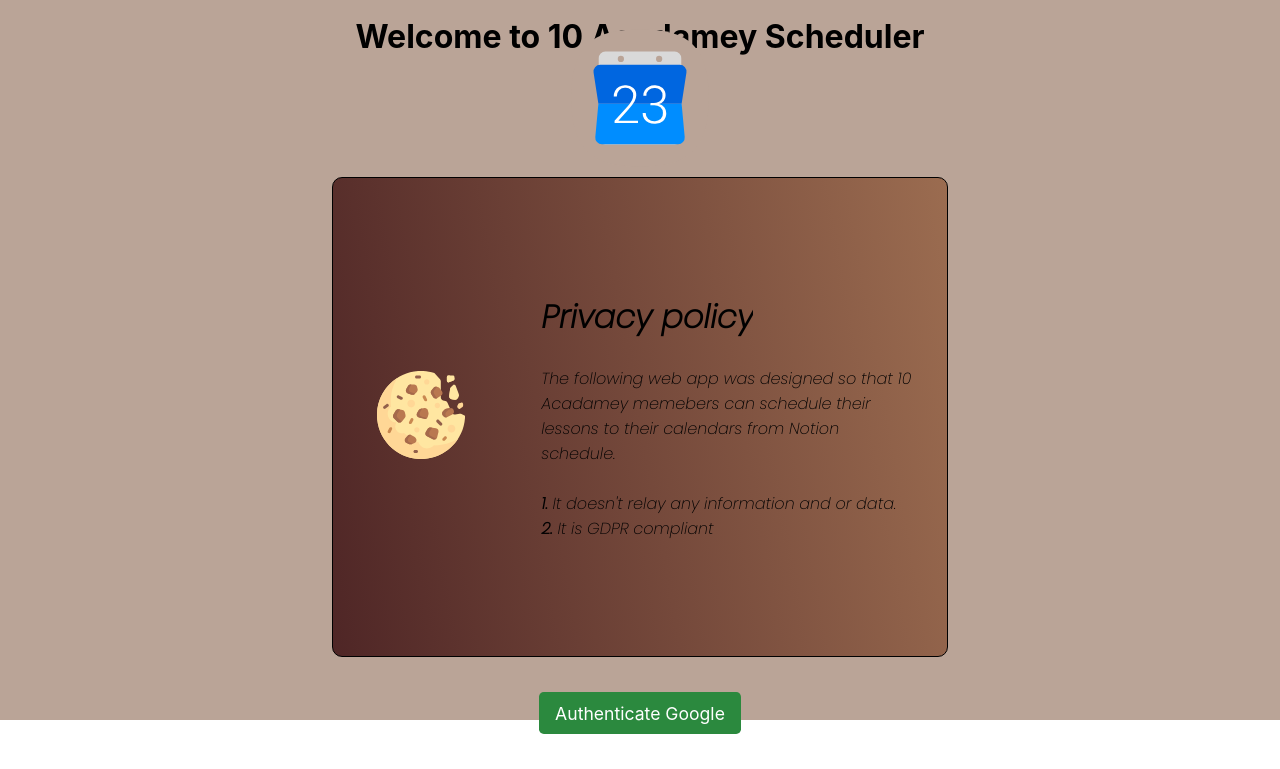
Repository: nebilarega/calendar-extractor
Page: / (app in frontend/)
These files come from the project's save history. The page is drawn as it stood at one moment and after the next save; the edit follows.
The browser window is 1280 px wide. The pictures show the whole page.
The project was rebuilt for these pictures with package versions that can differ from the ones it lists, and the page was loaded fresh each time.

Above is the page before, as saved 2022-08-25 00:36:29.

### frontend/src/App.js
import "./App.css";
import { GoogleOAuthProvider } from "@react-oauth/google";
import { GoogleLogin } from "@react-oauth/google";
import { useState } from "react";
import axios from "axios";

import LandingPage from "./component/LandingPage";

const sampleData = {
  submmary: "Nebil this is a new event",
  description: "A chance to hear more about Google's developer products.",
  location: "800 Howard St., San Francisco, CA 94103",
  start: "August 23, 2022 8:00 AM UTC",
  end: "August 23, 2022 9:00 AM UTC",
  hangoutLink: "meet.google.com/ysb-kjdn-hpp",
};
const App = () => {
  let url;
  const [disabled, setDisabled] = useState(false);
  const responseGoogle = (response) => {
    const code = response;
    axios
      .post("/api/create-tokens", code)
      .then((response) => {
        console.log("response", response.data);
      })
      .catch((error) => {
        console.log(error);
      });
  };
  const responseError = (response) => {
    console.log(response);
  };
  const getUrl = () => {
    axios.get("/api/create-token-v2").then((response) => {
      url = response.data.url;
      if (url) {
        setDisabled(true);
      }
      window.open(url, "_blank");
    });
  };
  const handleClick = () => {
    axios.post("/api/create-events", sampleData).then((response) => {
      console.log("response", response.data);
    });
  };
  return (
    <div className="App" style={{ height: "100vh" }}>
      <LandingPage
        disabled={disabled}
        getUrl={getUrl}
        handleClick={handleClick}
      ></LandingPage>
    </div>
  );
};

export default App;

### frontend/src/App.css
.App {
  text-align: center;
}

.App-logo {
  height: 40vmin;
  pointer-events: none;
}

@media (prefers-reduced-motion: no-preference) {
  .App-logo {
    animation: App-logo-spin infinite 20s linear;
  }
}

.App-header {
  background-color: #282c34;
  min-height: 100vh;
  display: flex;
  flex-direction: column;
  align-items: center;
  justify-content: center;
  font-size: calc(10px + 2vmin);
  color: white;
}

.App-link {
  color: #61dafb;
}

@keyframes App-logo-spin {
  from {
    transform: rotate(0deg);
  }
  to {
    transform: rotate(360deg);
  }
}
.center {
  display: flex;
  justify-content: center;
  align-items: center;
}
.academy {
  width: 100%;
  height: 50vh;
  border-radius: 10px;
  display: flex;
  flex-direction: column;
  justify-content: space-between;
  align-items: center;
  /* margin-left: 10%; */
  /* margin-right: 10%; */
}
.academy-calendar {
  margin-top: 20%;
  font-size: 30px;
}

### frontend/src/css/landing.css
/* Box sizing rules */
@font-face {
  font-family: "Poppins";
  src: url("../fonts/Poppins-ExtraLightItalic.ttf");
}
*,
*::before,
*::after {
  box-sizing: border-box;
}

/* Remove default margin */
body,
h1,
h2,
h3,
h4,
p,
figure,
blockquote,
dl,
dd {
  margin: 0;
  overflow-y: hidden;
}

/* Remove list styles on ul, ol elements with a list role, which suggests default styling will be removed */
ul[role="list"],
ol[role="list"] {
  list-style: none;
}

/* Set core root defaults */
html:focus-within {
  scroll-behavior: smooth;
}

/* A elements that don't have a class get default styles */
a:not([class]) {
  text-decoration-skip-ink: auto;
}

/* Make images easier to work with */
img,
picture {
  max-width: 100%;
  display: block;
}

/* Inherit fonts for inputs and buttons */
input,
button,
textarea,
select {
  font: inherit;
}

/* The remaining page */
.main {
  width: 100%;
  height: 100%;
  background-color: #baa497;
}
.header {
  width: 100%;
  height: 10vh;
  /* background-image: linear-gradient(); */
  background-color: "cyan";
  display: flex;
  justify-content: center;
  align-items: center;
}
.title {
  font-size: 2rem;
  font-weight: bold;
  color: "yellow";
}
.body {
  width: 100%;
  height: 90vh;
  padding: 1.5rem;
  background-color: "gray";
  display: flex;
  flex-direction: column;
  justify-content: center;
  align-items: center;
}
.card {
  width: 50%;
  height: 80%;
  border: 0.5px solid black;
  display: flex;
  border-radius: 10px;
  justify-content: center;
  align-items: center;
  background-image: linear-gradient(260deg, #9b6c50 0%, #4f2626 100%);
}
button {
  margin: 2.2rem;
  height: 2.6rem;
  padding-left: 1rem;
  padding-right: 1rem;
  font-size: 1.1rem;
  border-radius: 0.3rem;
  border: none;
  background-color: #2b893e;
  color: white;
}
button:focus {
  outline: none;
}
button:hover {
  background-color: #3dc959;
  cursor: pointer;
}
/* .cookie__container {
  display: flex;
  justify-content: center;
  align-items: center;
  height: 100%;
} */
.text__container {
  display: flex;
  flex-direction: column;
  justify-content: center;
  align-items: flex-start;
  padding: 2rem;
  font-family: "Poppins", Courier, monospace;
}
.text {
  text-align: left;
}
svg {
  width: 50%;
}

Loaded but not shown: frontend/public/index.html (common file); frontend/src/index.js (common file); frontend/src/index.css (common file); frontend/src/component/LandingPage.js (291 lines, source omitted)

After the next save:
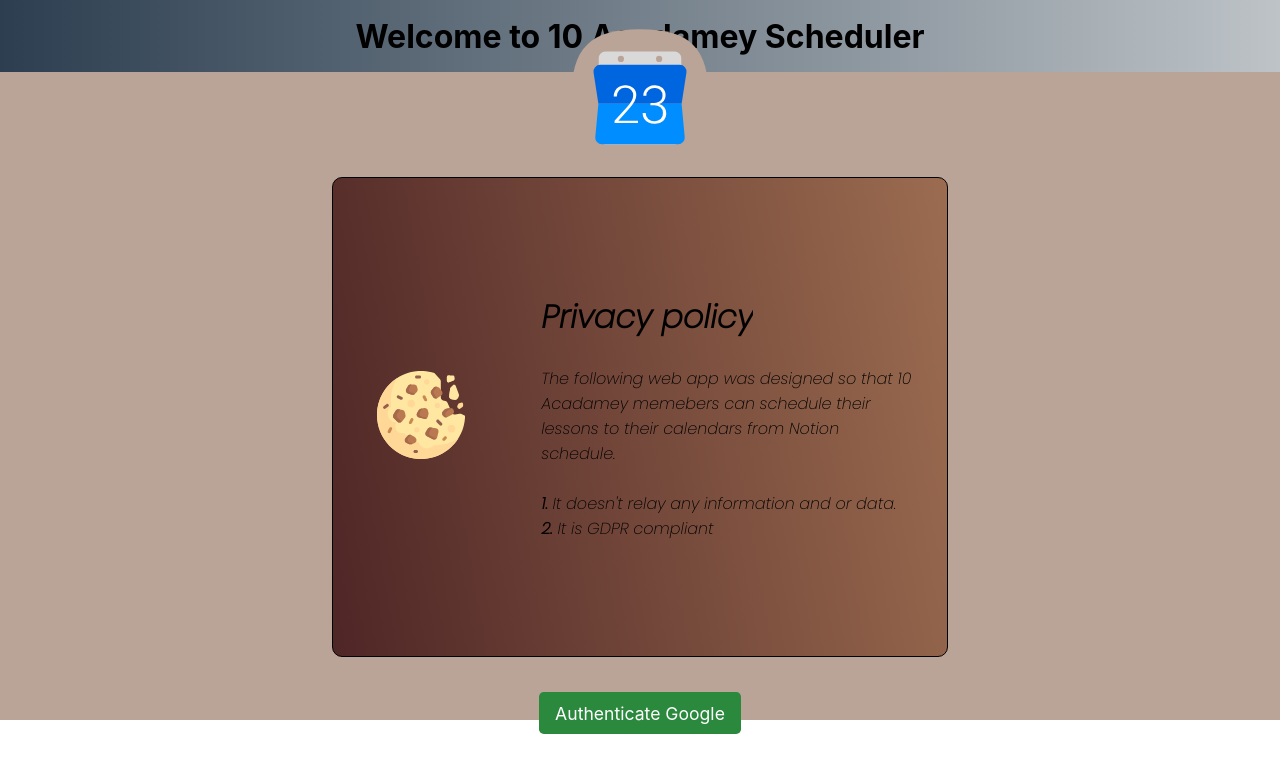
Saved 114 s later.
--- a/frontend/src/css/landing.css
+++ b/frontend/src/css/landing.css
@@ -64,8 +64,18 @@
 .header {
   width: 100%;
   height: 10vh;
-  /* background-image: linear-gradient(); */
-  background-color: "cyan";
+  /background: #bdc3c7; /* fallback for old browsers */
+  background: -webkit-linear-gradient(
+    to right,
+    #2c3e50,
+    #bdc3c7
+  ); /* Chrome 10-25, Safari 5.1-6 */
+  background: linear-gradient(
+    to right,
+    #2c3e50,
+    #bdc3c7
+  ); /* W3C, IE 10+/ Edge, Firefox 16+, Chrome 26+, Opera 12+, Safari 7+ */
+
   display: flex;
   justify-content: center;
   align-items: center;
